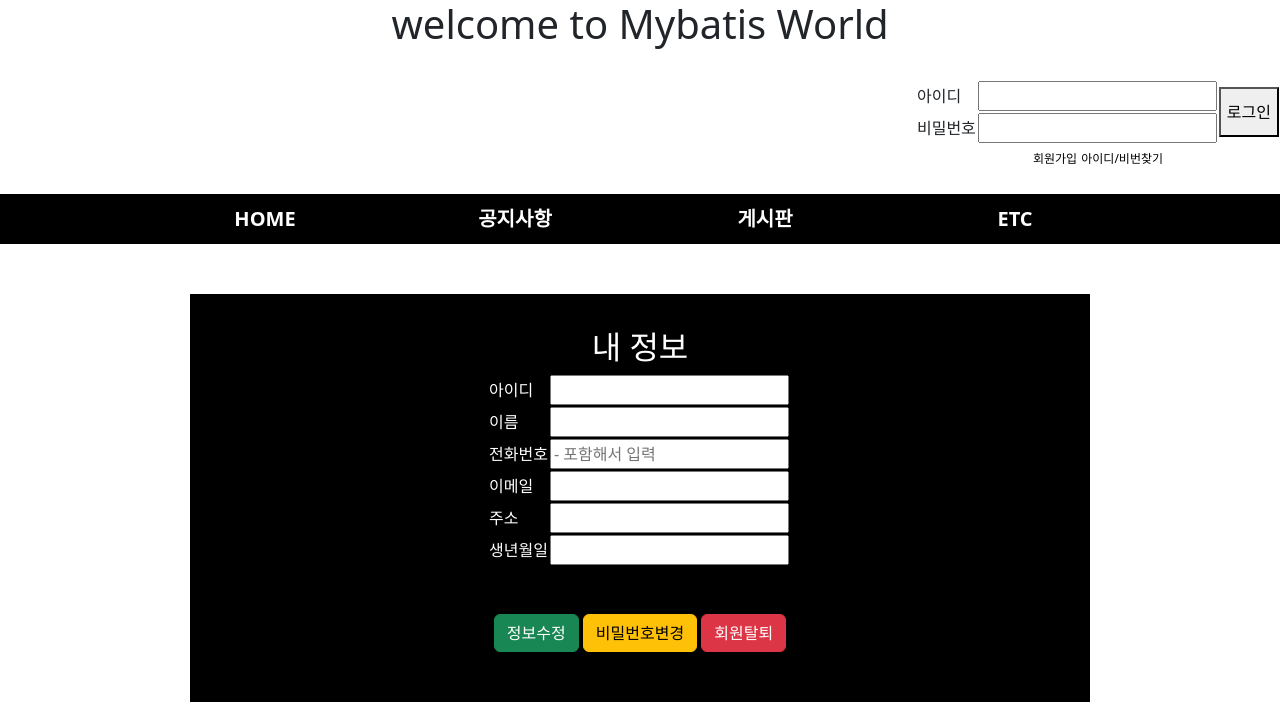
Repository: jchxnee/Juchan
Page: http://localhost/mybatisProject/mypage.me
The author's editor kept a copy of each file at every save. The page is drawn from the files as they stood at one save, then again after the next save.
The browser window is 1280 px wide. The pictures show the whole page.
The page is served by Tomcat 10. Other server files are loaded and not shown.

Above is the page before, as saved 2025-03-06 06:27:02.

### 08_MyBatis/mybatisProject/src/main/webapp/views/member/myPage.jsp
<%@ page language="java" contentType="text/html; charset=UTF-8"
   pageEncoding="UTF-8"%>
<!DOCTYPE html>
<html>

<head>
<meta charset="UTF-8">
<meta name="viewport" content="width=device-width, initial-scale=1.0">
<title>Insert title here</title>

<style>
.outer {
   background: rgb(137, 181, 248);
   color: rgb(65, 64, 64);
   width: 1000px;
   margin: auto;
   margin-top: 50px;
   padding: 10px 0px 50px;
}

.outer table {
   margin: auto;
}


</style>
</head>

<body>
   <%@ include file="../common/menubar.jsp"%>

   <div class="outer">
      <br>
      <h2 align="center">내 정보</h2>
      <form action="${pageContext.request.contextPath}/update.me"
         method="post" id="update-form">
         <table>
            <tr>
               <td> 아이디</td>
               <td><input type="text" name="userId" maxlength="15" readonly
                  value="${loginUser.userId}"></td>
               <td></td>
            </tr>
            <tr>
               <td>이름</td>
               <td><input type="text" name="userName" maxlength="8" readonly
                  value="${loginUser.userName}"></td>
               <td></td>
            </tr>
            <tr>
               <td>전화번호</td>
               <td><input type="text" name="phone" placeholder="- 포함해서 입력"
                  value="${loginUser.phone}"></td>
               <td></td>
            </tr>
            <tr>
               <td>이메일</td>
               <td><input type="text" name="email" value="${loginUser.email}"></td>
               <td></td>
            </tr>
            <tr>
               <td>주소</td>
               <td><input type="text" name="address"
                  value="${loginUser.address}"></td>
               <td></td>
            </tr>
            <tr>
               <td>생년월일</td>
               <td><input type="text" name="birthday"
                  value="${loginUser.birthday}"></td>
               <td></td>
            </tr>
         </table>
         </form>

         <!-- 비밀번호 변경 모달 -->
         <div class="modal" id="myModal">
            <div class="modal-dialog">
               <div class="modal-content">

                  <!-- Modal Header -->
                  <div class="modal-header">
                     <h4 class="modal-title">비밀번호 변경</h4>
                     <button type="button" class="btn-close" data-bs-dismiss="modal"></button>
                  </div>

                  <!-- Modal body -->
                  <div class="modal-body">
                     <form action="${pageContext.request.contextPath}/updatePwd.me" method="post">
                                <input type="hidden" name="userNo" value="${loginUser.userNo}" readonly>
                        <table align="center">
                           <tr>
                              <td>현재 비밀번호</td>
                              <td><input type="password" name="userPwd" required></td>
                           </tr>
                           <tr>
                              <td>변경할 비밀번호</td>
                              <td><input type="password" name="updatePwd" required></td>
                           </tr>
                           <tr>
                              <td>변경할 비밀번호 확인</td>
                              <td><input type="password" name="checkPwd" required></td>
                           </tr>
                        </table>
                        <br>
                        <button id="edit-pwd-btn" type="submit" class="btn btn-sm btn-primary">비밀번호변경</button>
                     </form>

                            <script>
                                document.getElementById('edit-pwd-btn').onclick = function(){
                                    const pwd = document.querySelector("#myModal input[name=updatePwd]").value;
                                    const pwdCheck = document.querySelector("#myModal input[name=checkPwd]").value;

                                    if(pwd !== pwdCheck){
                                        alert("변경할 비밀번호가 일치하지 않습니다.");
                                         return false;
                                          }
                                }
                            </script>
                  </div>

                  <!-- Modal footer -->
                  <div class="modal-footer">
                     <button type="button" class="btn btn-danger"
                        data-bs-dismiss="modal">Close</button>
                  </div>

               </div>
            </div>
         </div>
         <br> <br>

		 <!-- 회원탈퇴 모달 -->
<div class="modal" id="deletemodal">
  <div class="modal-dialog">
    <div class="modal-content">

      <!-- Modal Header -->
      <div class="modal-header">
        <h4 class="modal-title">회원탈퇴</h4>
        <button type="button" class="btn-close" data-bs-dismiss="modal"></button>
      </div>

      <!-- Modal body -->
      <div class="modal-body">
        <form action="${pageContext.request.contextPath}/delete.me" method="post">
                                <input type="hidden" name="userNo" value="${loginUser.userNo}" readonly>
                        <table>
                           <tr rowspan="2">
                              <td colspan="2">탈퇴하기 버튼 클릭시
   									탈퇴 후 복구가 불가능합니다. <br>
   									</td>
                           </tr>
                           <tr>
                           <td align="center">정말 탈퇴하시겠습니까?</td>
                           </tr>
                           <tr><td colspan="2"><br></td></tr>
                           <tr>
                              <td>비밀번호 입력 : </td>
                              <td><input type="password" name="userPwd" required></td>
                           </tr>
                        </table>
                        <br>
                        <button id="delete-pwd-btn" type="submit" class="btn btn-sm btn-primary">탈퇴하기</button>
                     </form>

      </div>

      <!-- Modal footer -->
      <div class="modal-footer">
        <button type="button" class="btn btn-danger" data-bs-dismiss="modal">닫기</button>
      </div>

    </div>
  </div>
</div>
         <div align="center">
            <button type="submit" class="btn btn-success">정보수정</button>
            <button type="button" class="btn btn-small btn-warning"
               data-bs-toggle="modal" data-bs-target="#myModal">비밀번호변경</button>
            <button type="button" class="btn btn-small btn-danger"
            data-bs-toggle="modal" data-bs-target="#deletemodal">회원탈퇴</button>
         </div>

   </div>

   <!--
   		탈퇴하기 버튼 클릭시
   		탈퇴 후 복구가 불가능합니다.
   		정말 탈퇴하시겠습니까?
   		비밀번호 :
   		탈퇴하기버튼 -> delete.me
   		=> /delete.me받은 서버는 비밀번호가 맞는지 확인 후 status -> N으로 변경하고 로그아웃처리
    -->
</body>

</html>

### 08_MyBatis/mybatisProject/src/main/webapp/views/common/menubar.jsp
<%@ page language="java" contentType="text/html; charset=UTF-8"
    pageEncoding="UTF-8"%>
<%@ taglib prefix="c" uri="http://java.sun.com/jsp/jstl/core" %>
<!DOCTYPE html>
<html>
<head>
<meta charset="UTF-8">
<title>Insert title here</title>

<!-- jQuery -->
<script
   src="https://ajax.googleapis.com/ajax/libs/jquery/3.7.1/jquery.min.js"></script>

<!-- 부트스트랩 5.3.3 -->
<link
   href="https://cdn.jsdelivr.net/npm/bootstrap@5.3.3/dist/css/bootstrap.min.css"
   rel="stylesheet">
<script
   src="https://cdn.jsdelivr.net/npm/bootstrap@5.3.3/dist/js/bootstrap.bundle.min.js"></script>

<style>
    .login-area a{
        text-decoration: none;
        color: black;
        font-size: 12px;
    }

    .nav-area{
        background: black;
        color: white;
        height: 50px;
    }
    .menu{
        display: table-cell;
        width: 250px;
        height: 50px;
        vertical-align: middle;
        font-size: 20px;
        font-weight: bold;
    }
    .outer{
    	width: 900px;
    	background: black;
    	color: white;
    	margin: auto;
    	margin-top: 50px;
    }
</style>
</head>
<body>

    <h1 align="center">welcome to Mybatis World</h1>
    <br>

    <div class="login-area" align="right">
       <c:choose>
       <c:when test="${empty loginUser}">
	        <form action="${pageContext.request.contextPath}/login.me" method="post">
		        <table>
		            <tr>
		                <td>아이디</td>
		                <td><input type="text" name="userId" required></td>
		                <td rowspan="2"><button type="submit" style="height: 50px;">로그인</button></td>
		            </tr>
		            <tr>
		                <td>비밀번호</td>
		                <td><input type="password" name="userPwd" required></td>

		            </tr>
		            <tr>
		                <td colspan="3" align="center">
		                    <a href="enrollForm.me">회원가입</a>
		                    <a href="">아이디/비번찾기</a>
		                </td>
		            </tr>
	            </table>
	        </form>
     	</c:when>
       	<c:otherwise>
        	<!-- 로그인후 -->
	        <div>
	            <table>
	                <tr>
	                    <td colspan="2">
	                        <h3>${loginUser.userName }님 환영합니다. </h3>
	                    </td>
	                    <td></td>
	                </tr>
	                <tr>
	                    <td><a href="mypage.me">마이페이지</a></td>
	                    <td><a href="">로그아웃</a></td>
	                </tr>
	            </table>
	        </div>
        </c:otherwise>
        </c:choose>
    </div>
    <br>

    <div class="nav-area" align="center">
        <div class="menu">HOME</div>
        <div class="menu">공지사항</div>
        <div class="menu">게시판</div>
        <div class="menu">ETC</div>
    </div>
</body>
</html>

### 08_MyBatis/mybatisProject/src/main/java/com/kh/mybatis/member/controller/MemberMypageController.java
package com.kh.mybatis.member.controller;

import jakarta.servlet.ServletException;
import jakarta.servlet.annotation.WebServlet;
import jakarta.servlet.http.HttpServlet;
import jakarta.servlet.http.HttpServletRequest;
import jakarta.servlet.http.HttpServletResponse;
import java.io.IOException;

/**
 * Servlet implementation class MemberMypageController
 */
@WebServlet("/mypage.me")
public class MemberMypageController extends HttpServlet {
	private static final long serialVersionUID = 1L;

    /**
     * @see HttpServlet#HttpServlet()
     */
    public MemberMypageController() {
        super();
        // TODO Auto-generated constructor stub
    }

	/**
	 * @see HttpServlet#doGet(HttpServletRequest request, HttpServletResponse response)
	 */
	protected void doGet(HttpServletRequest request, HttpServletResponse response) throws ServletException, IOException {
		request.getRequestDispatcher("views/member/myPage.jsp").forward(request, response);
	}

	/**
	 * @see HttpServlet#doPost(HttpServletRequest request, HttpServletResponse response)
	 */
	protected void doPost(HttpServletRequest request, HttpServletResponse response) throws ServletException, IOException {
		// TODO Auto-generated method stub
		doGet(request, response);
	}

}

After the next save:
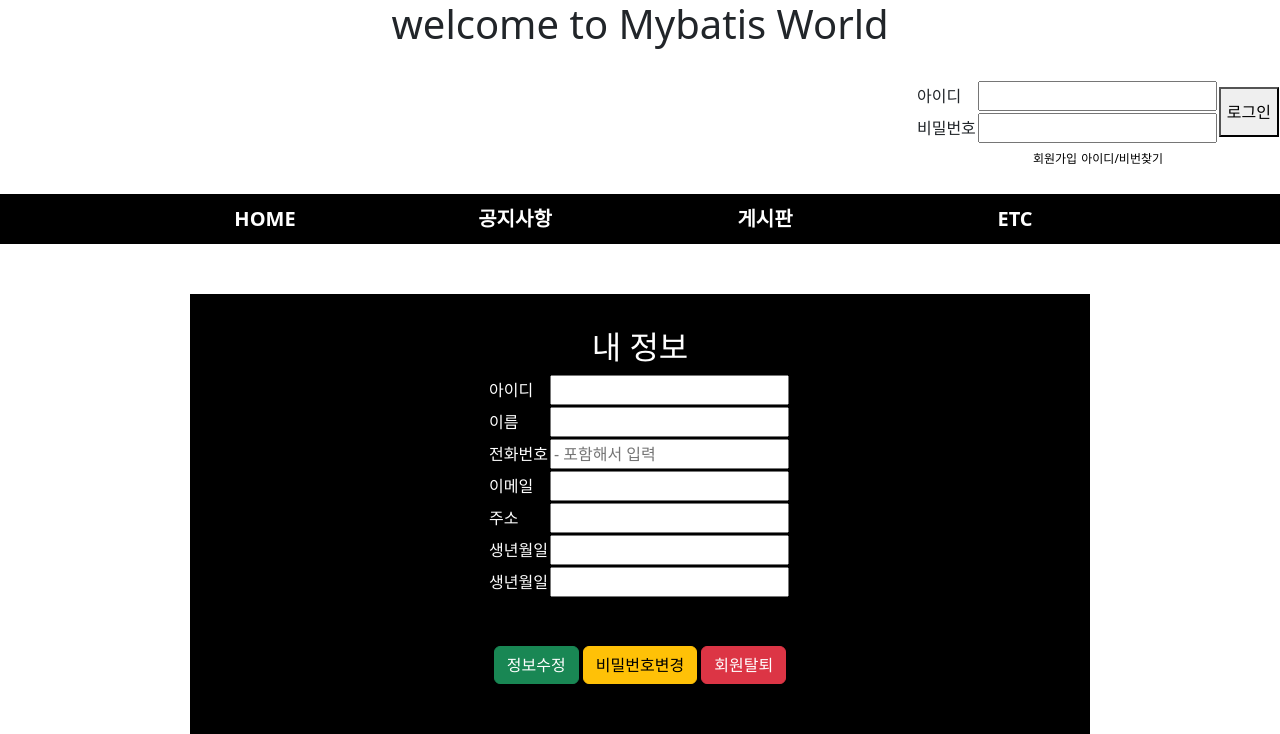
Saved 11 s later.
--- a/08_MyBatis/mybatisProject/src/main/webapp/views/member/myPage.jsp
+++ b/08_MyBatis/mybatisProject/src/main/webapp/views/member/myPage.jsp
@@ -62,6 +62,12 @@
                <td>주소</td>
                <td><input type="text" name="address"
                   value="${loginUser.address}"></td>
+               <td></td>
+            </tr>
+            <tr>
+               <td>생년월일</td>
+               <td><input type="text" name="birthday"
+                  value="${loginUser.birthday}"></td>
                <td></td>
             </tr>
             <tr>
